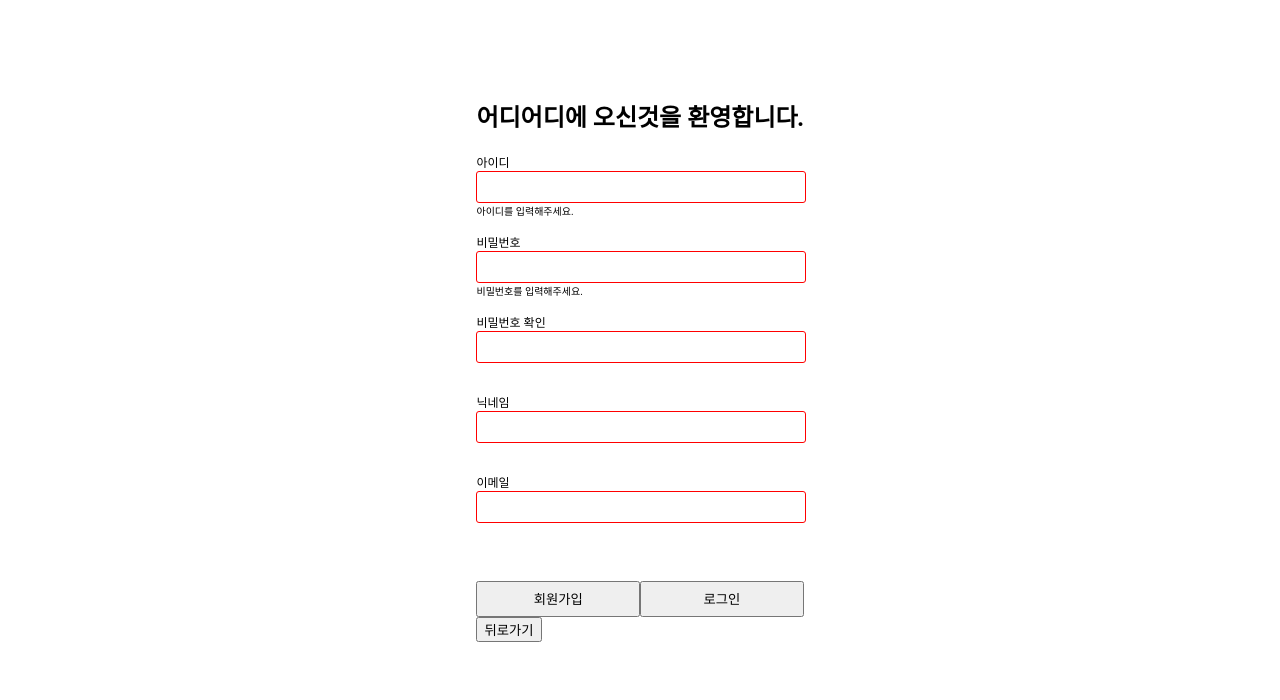
Repository: zzangyu/koreanFoodsProject
Page: http://localhost/koreanFoodsProject/koreanFoods/kFoods.do?cmd=signUp
The author's editor kept a copy of each file at every save. The page is drawn from the files as they stood at one save, then again after the next save.
The browser window is 1280 px wide. The pictures show the whole page.
The page is served by Tomcat 9.

Above is the page before, as saved 2022-12-29 07:32:14.

After the next save:
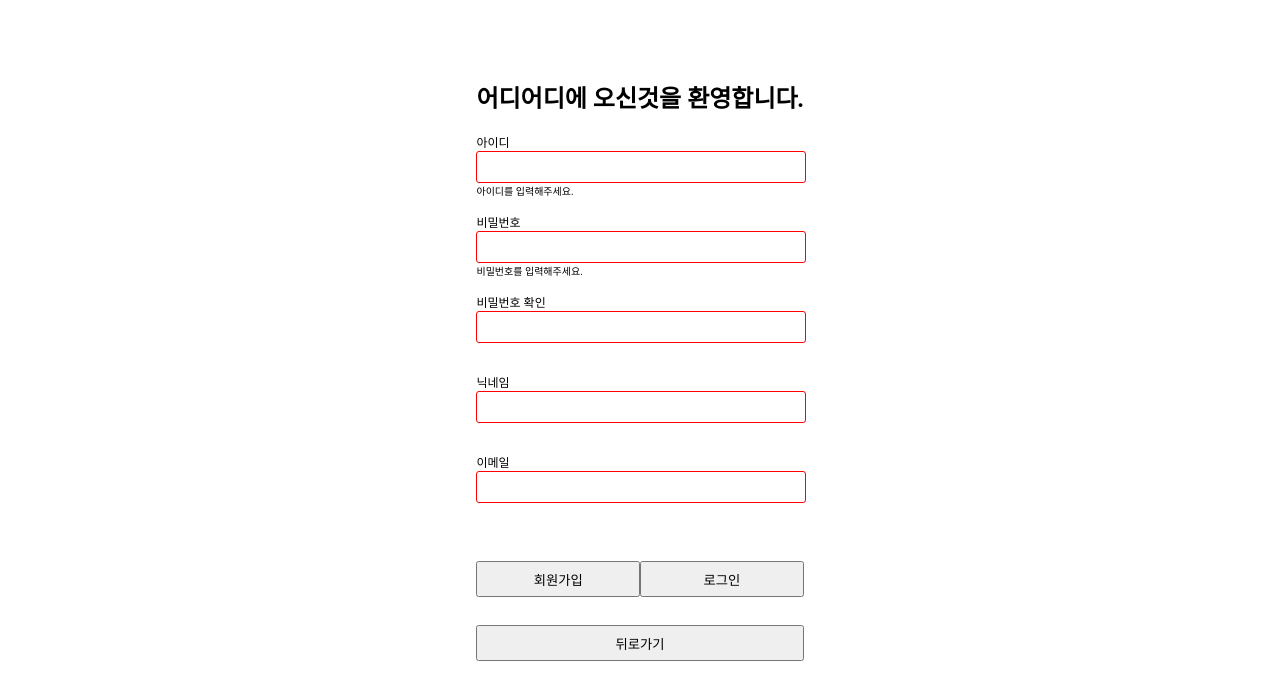
Saved 24 s later.
--- a/koreanFoodsProject/src/main/webapp/koreanFoods/signUp.jsp
+++ b/koreanFoodsProject/src/main/webapp/koreanFoods/signUp.jsp
@@ -47,7 +47,7 @@
 				</div>
 			</div>
 			<button class="signUp_button1">회원가입</button><button class="signUp_button1">로그인</button>
-			<button onclick="history.go(-1); return false;">뒤로가기</button>
+			<button onclick="history.go(-1); return false;" class="signUp_button2">뒤로가기</button>
 		</div>
 	</form>
 </body>
